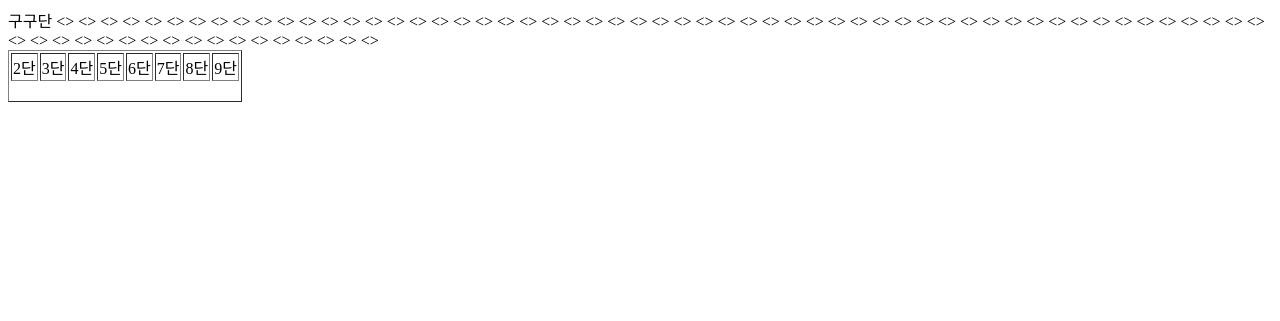
Repository: rjadmsekf13/20201113
Page: http://localhost/20201109/ex5_1.jsp
An editor plug-in stored every save of this project. The page is shown before and after the next save, followed by the edit.
The browser window is 1280 px wide. The pictures show the whole page.
The page is served by Tomcat 9.

Above is the page before, as saved 2020-11-09 02:29:58.

After the next save:
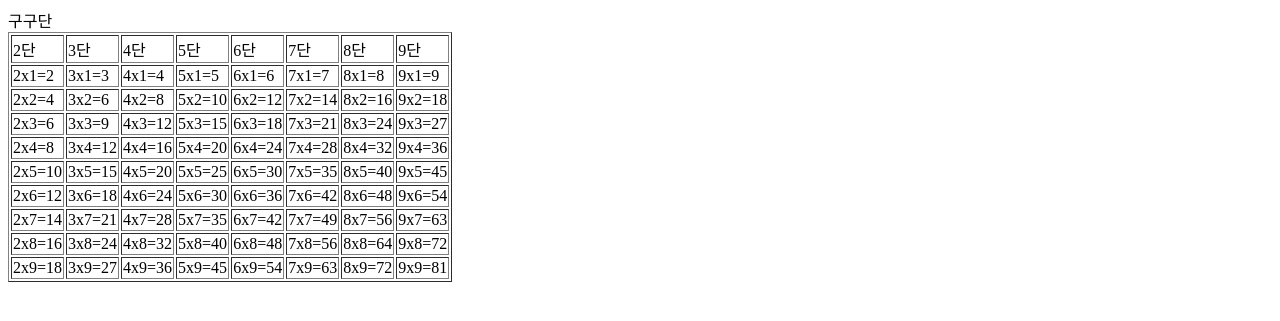
Saved 8 min 29 s later.
--- a/20201109/WebContent/ex5_1.jsp
+++ b/20201109/WebContent/ex5_1.jsp
@@ -17,7 +17,7 @@
 		for (int j = 1; j <= 9; j++) {
 				out.println("<tr>");
 			for (int i = 2; i <= 9; i++) {
-				out.println("<>");
+				out.println("<td>"+ i+ "x"+ j+ "="+ (i*j));
 			}
 			out.println("</tr>");
 		}
